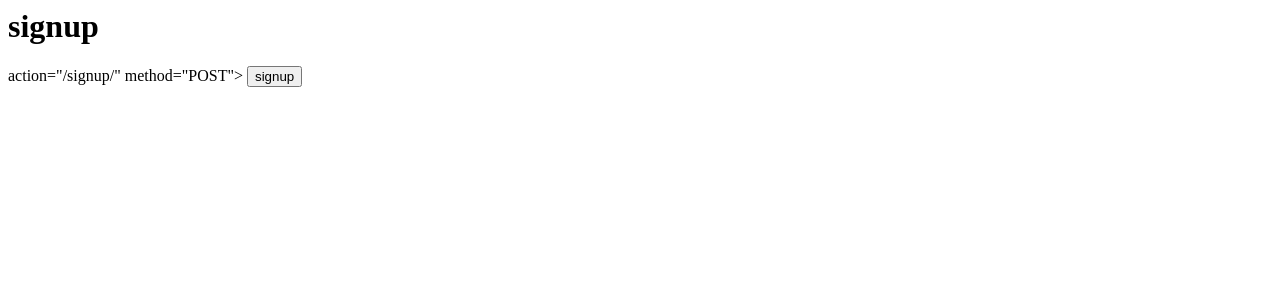
Repository: Andres250602/auth.django
Page: http://localhost/signup/
An editor plug-in stored every save of this project. The page is shown before and after the next save, followed by the edit.
The browser window is 1280 px wide. The pictures show the whole page.
The page is served by the project's application, run on Django 5.2 (manage.py).

Above is the page before, as saved 2024-04-10 10:03:34.

After the next save:
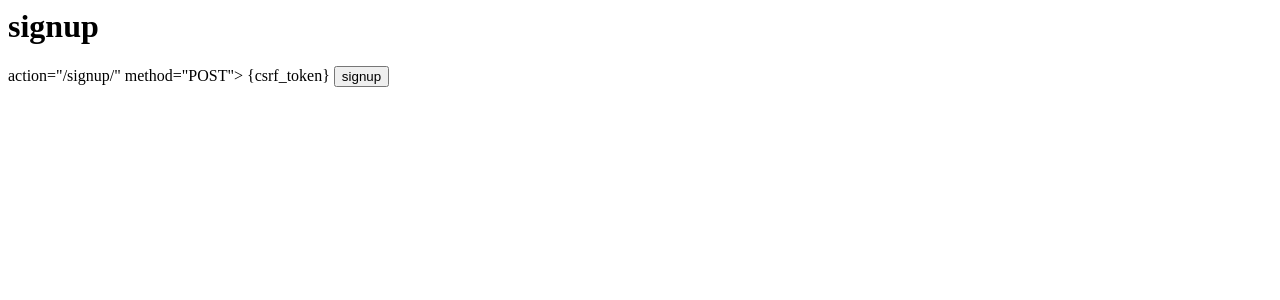
Saved 3 min 29 s later.
--- a/myapp/templates/signup.html
+++ b/myapp/templates/signup.html
@@ -1,5 +1,6 @@
 <h1>signup</h1>
 <form>action="/signup/" method="POST">
+    {csrf_token}
     {{form.as_p}}
     <button>
         signup

After the save that followed:
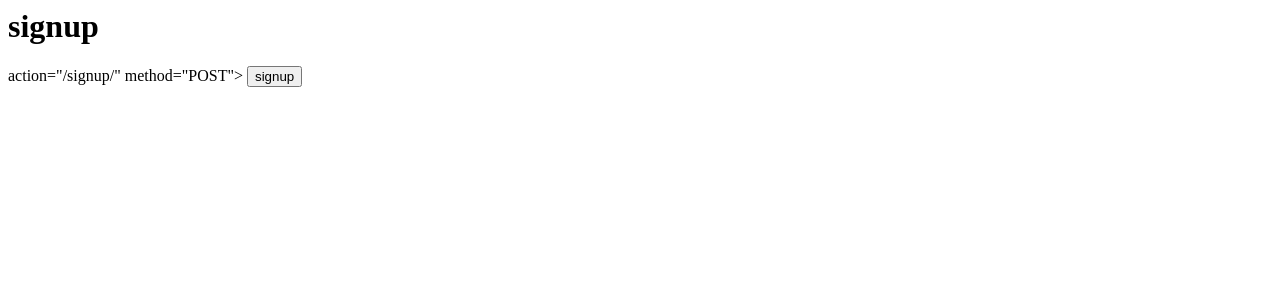
Saved 63 s later.
--- a/myapp/templates/signup.html
+++ b/myapp/templates/signup.html
@@ -1,6 +1,6 @@
 <h1>signup</h1>
 <form>action="/signup/" method="POST">
-    {csrf_token}
+    {%csrf_token%}
     {{form.as_p}}
     <button>
         signup
